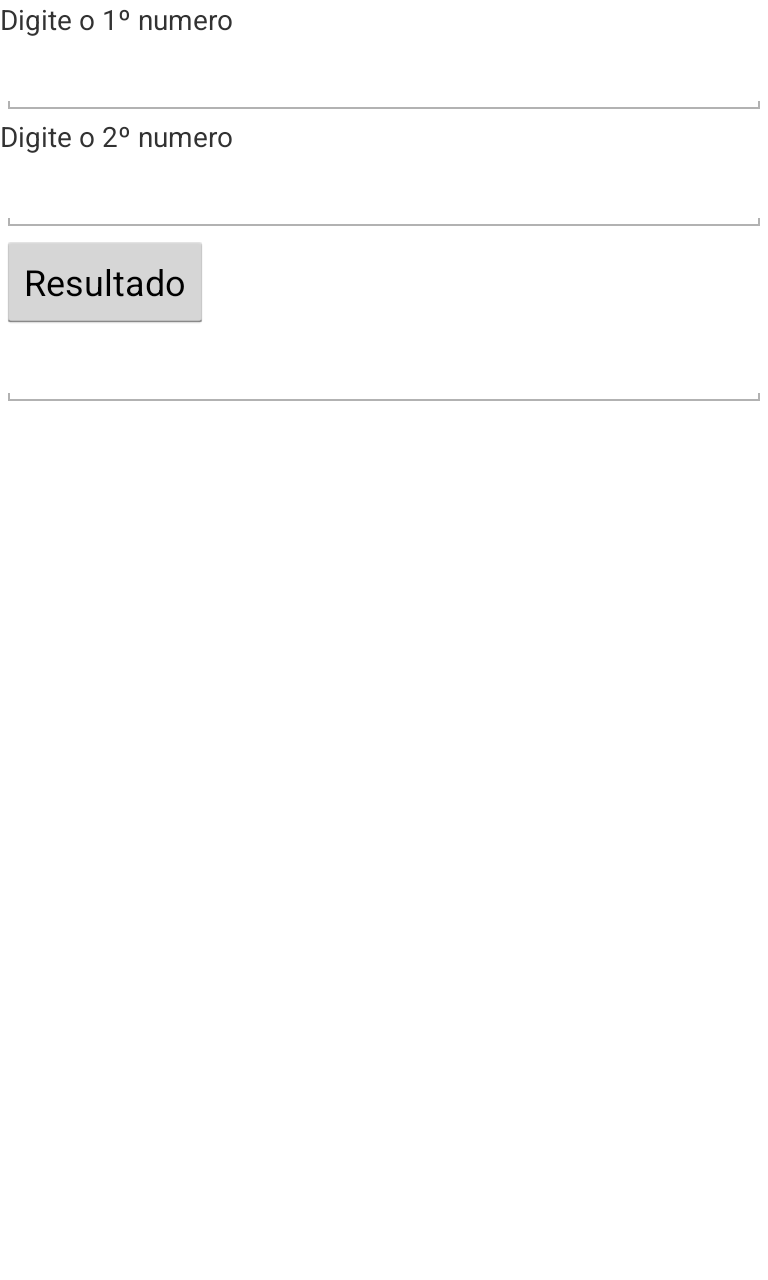
Repository: kassianefacanha/ANDROID
Layout: Aplicativos android/Calculadora/res/layout/activity_main.xml
An editor plug-in stored every save of this project. The layout is shown before and after the next save, followed by the edit.
It is drawn on a 768 x 1280 px phone screen (xhdpi) without system bars, with theme AppTheme; the app's code is not run.

Above is the layout before, as saved 2014-02-21 10:27:35.

After the next save:
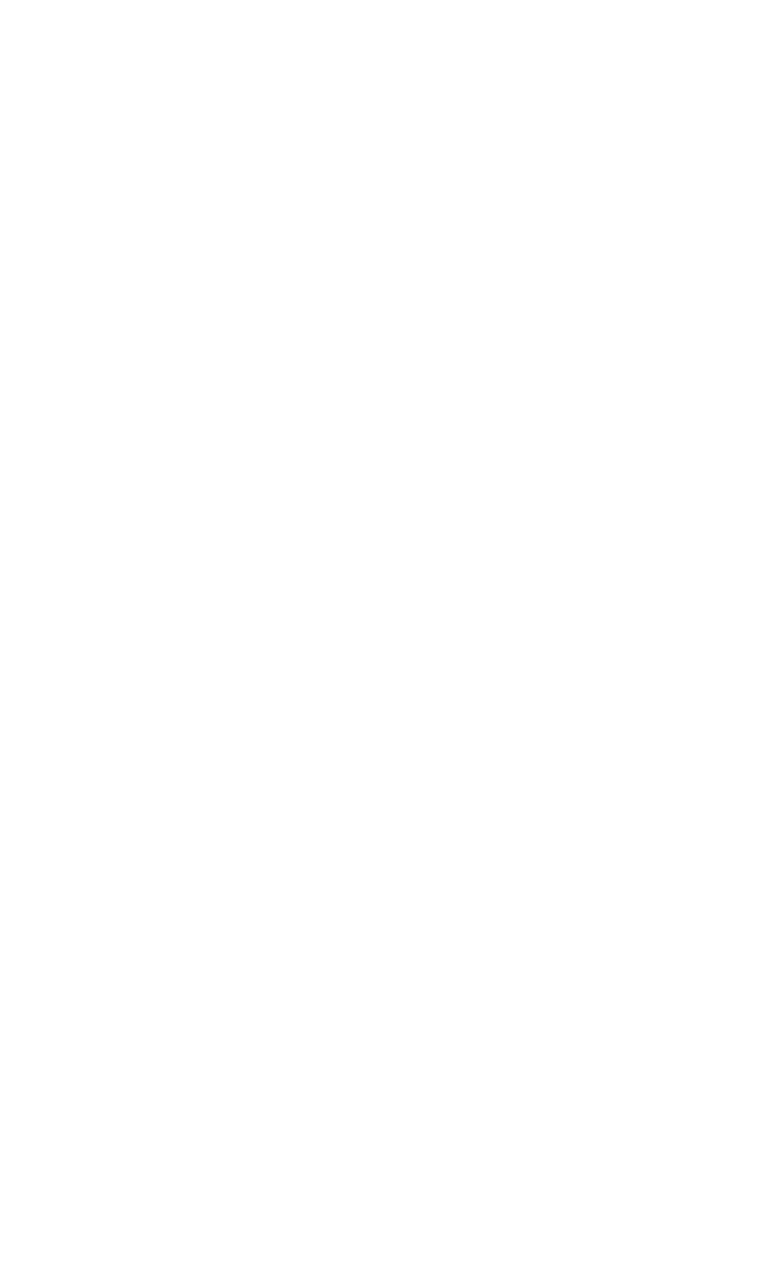
Saved 41 s later.
--- a/Aplicativos android/Calculadora/res/layout/activity_main.xml
+++ b/Aplicativos android/Calculadora/res/layout/activity_main.xml
@@ -2,7 +2,7 @@
     xmlns:tools="http://schemas.android.com/tools"
     android:layout_width="match_parent"
     android:layout_height="match_parent"
-    android:orientation="vertical">
+    android:orientation="vertical"/>
 
 
 

After the save that followed:
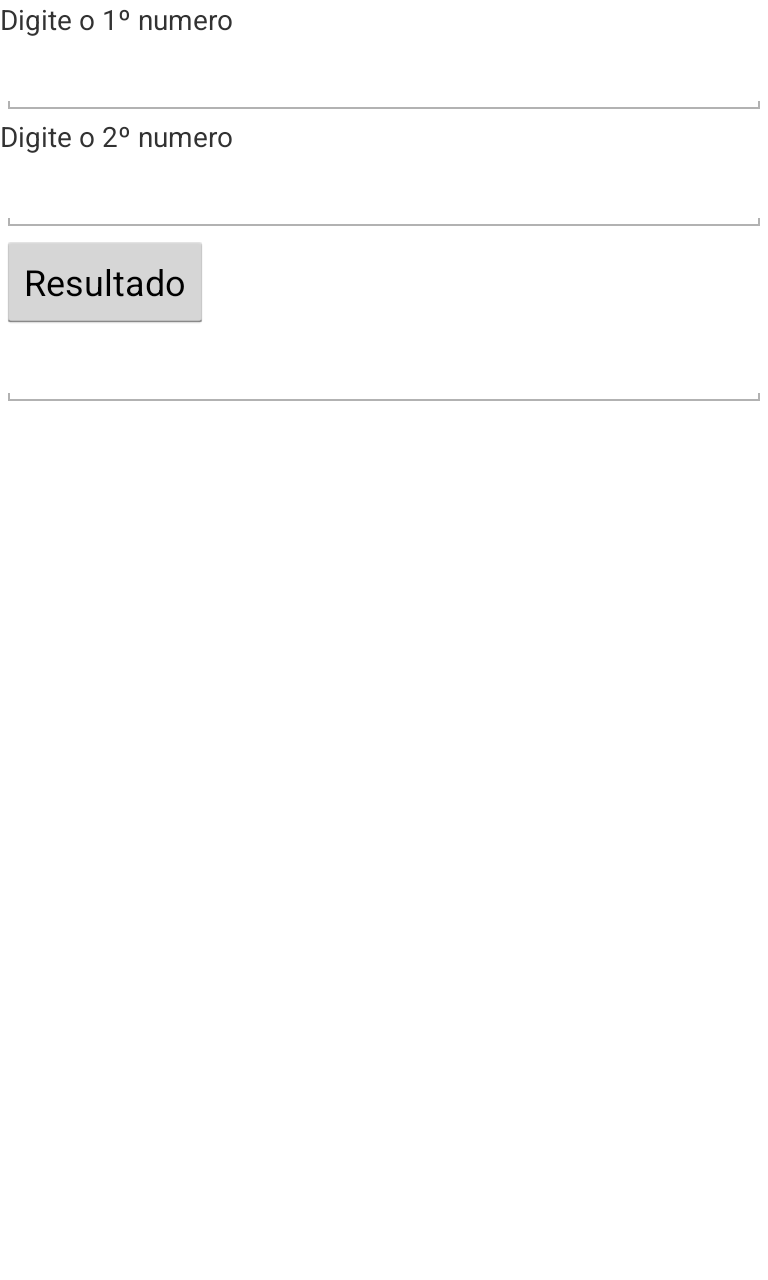
Saved 14 s later.
--- a/Aplicativos android/Calculadora/res/layout/activity_main.xml
+++ b/Aplicativos android/Calculadora/res/layout/activity_main.xml
@@ -2,7 +2,7 @@
     xmlns:tools="http://schemas.android.com/tools"
     android:layout_width="match_parent"
     android:layout_height="match_parent"
-    android:orientation="vertical"/>
+    android:orientation="vertical">
 
 
 
